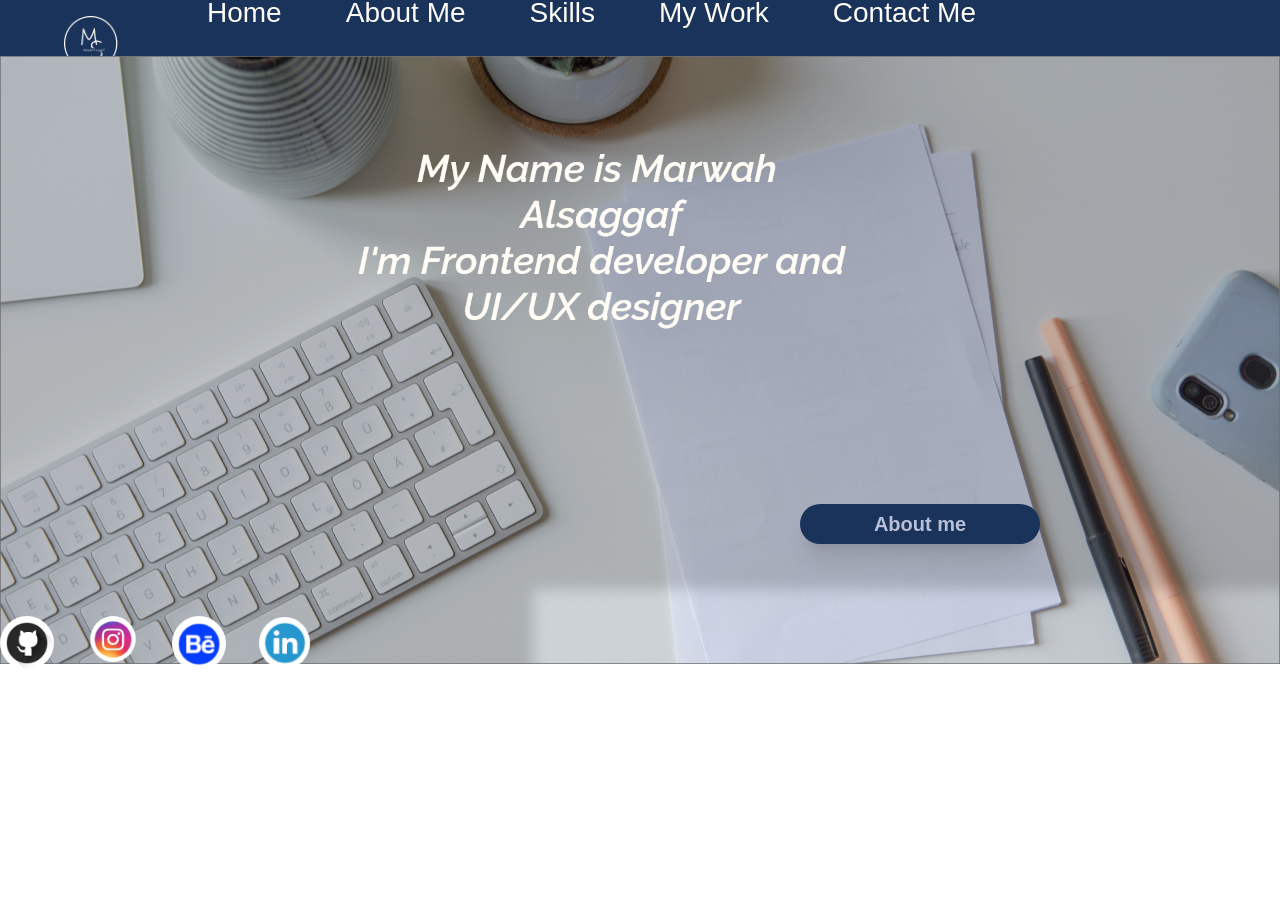
Repository: MEROO1010/my_portfolio
Page: /
An editor plug-in stored every save of this project. The page is shown before and after a run of saves, followed by the edit.
The browser window is 1280 px wide. The pictures show the whole page.
The project was rebuilt for these pictures with package versions that can differ from the ones it lists, and the page was loaded fresh each time. The framework's server and built-in components were replaced by stand-ins that run in the browser. Also part of the build but not shown: next.config.js.

Above is the page before, as saved 2023-03-10 01:33:50.

After the next 4 saves:
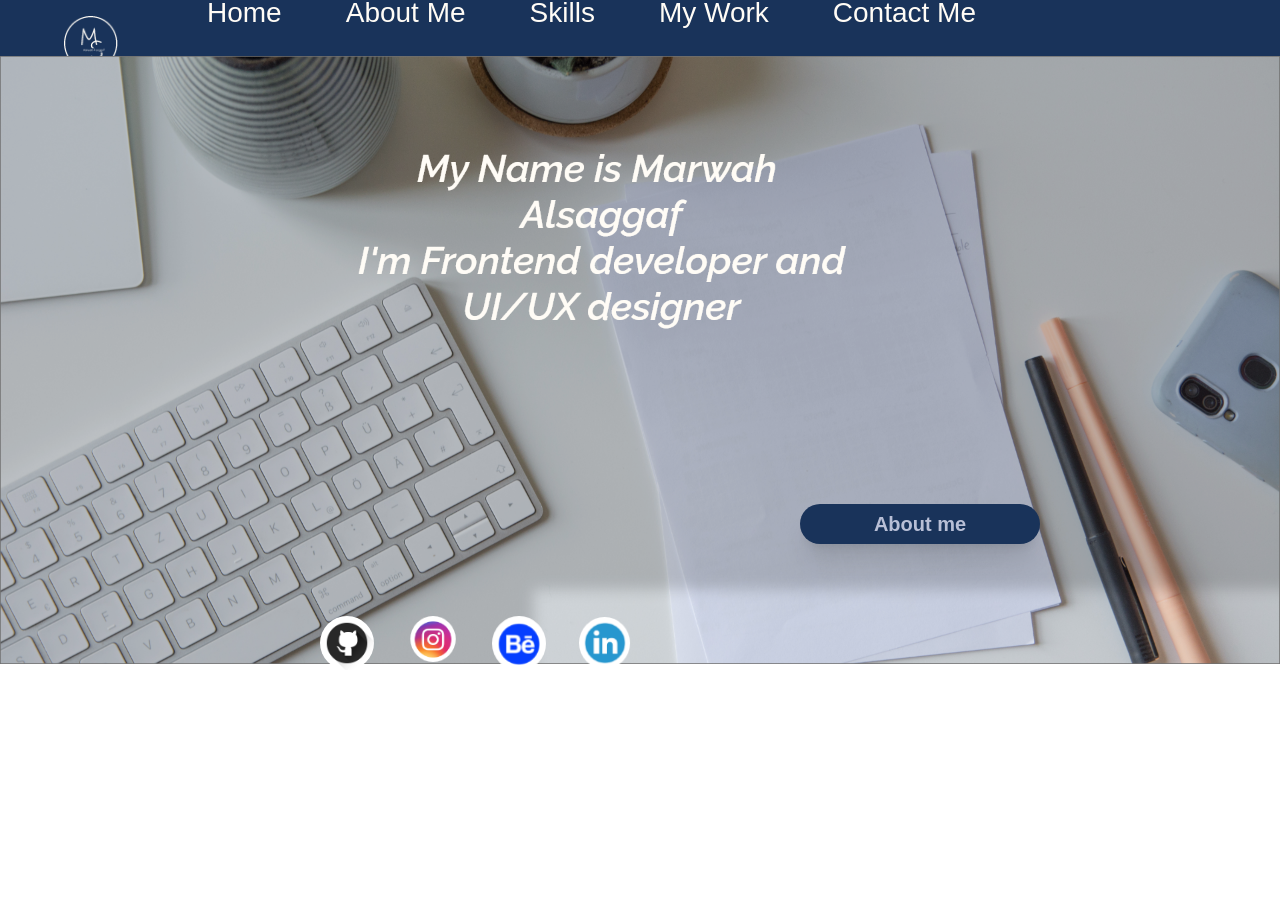
The 4 saves are shown as one change because they came seconds apart.
The last was saved 14 s later.
--- a/pages/components/HomePage.tsx
+++ b/pages/components/HomePage.tsx
@@ -32,7 +32,7 @@ const HomePage = () => {
         {/*add my others accounts list*/}
 
         <div>
-          <ul className=' absolute   float-right flex flex-col top-80 py-60    space-x-8 md:flex-row '>
+          <ul className=' absolute   float-right flex flex-col top-80 py-60 px-80   space-x-8 md:flex-row '>
             <li><a><Image src="/assets/images/github.png" alt="main image" width={54} height={54}/></a></li>
             <li><a><Image src="/assets/images/instagram.png" alt="main image" width={54} height={54}/></a></li>
             <li><a><Image src="/assets/images/behance.png" alt="main image" width={54} height={54}/></a></li>
